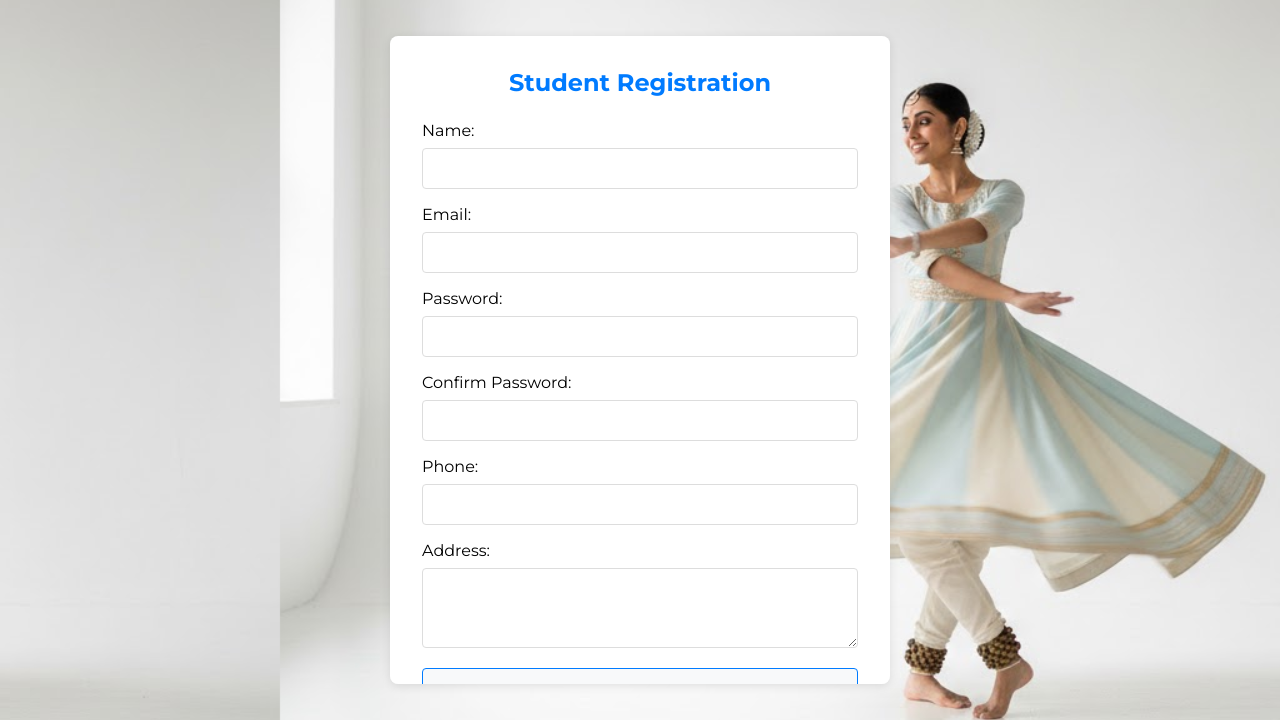
Repository: Priyadharshini-J-CSE/StepSync_Dance_Mangement_System
Page: /user-register (app in frontend/)
An editor plug-in stored every save of this project. The page is shown before and after the next save, followed by the edit.
The browser window is 1280 px wide. The pictures show the whole page.
An inner scrolling area shows only its first screen. Some web fonts or font styles are not loaded; a fallback is used. Some web libraries are served in a nearby version. The project was rebuilt for these pictures with package versions that can differ from the ones it lists, and the page was loaded fresh each time. Also part of the build but not shown: frontend/src/index.css, frontend/src/pages/LandingPage.js, frontend/src/components/Alert.js, frontend/src/pages/UserLogin.js, frontend/src/pages/AdminLogin.js, frontend/src/pages/AdminRegister.js, frontend/src/pages/ForgotPassword.js, frontend/src/components/Navbar.js and 17 more.

Above is the page before, as saved 2025-12-18 10:48:33.

After the next save:
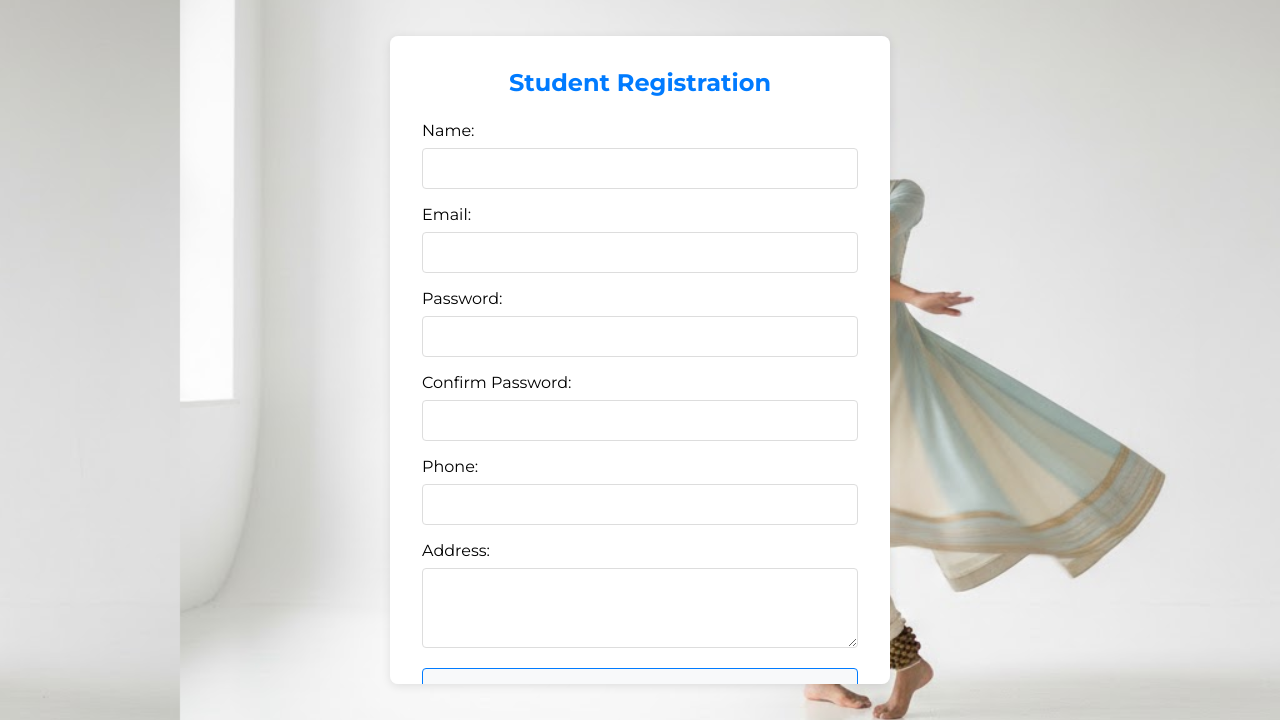
Saved 9 s later.
--- a/frontend/src/pages/UserRegister.js
+++ b/frontend/src/pages/UserRegister.js
@@ -65,7 +65,7 @@ const UserRegister = () => {
       padding: '1rem',
       backgroundImage: 'url(/image.jpg)',
       backgroundSize: 'cover',
-      backgroundPosition: 'bottom 30% right 1000px',
+      backgroundPosition: 'bottom 30% right 1100px',
       backgroundAttachment: 'fixed'
     }}>
       <form onSubmit={handleSubmit} style={{
